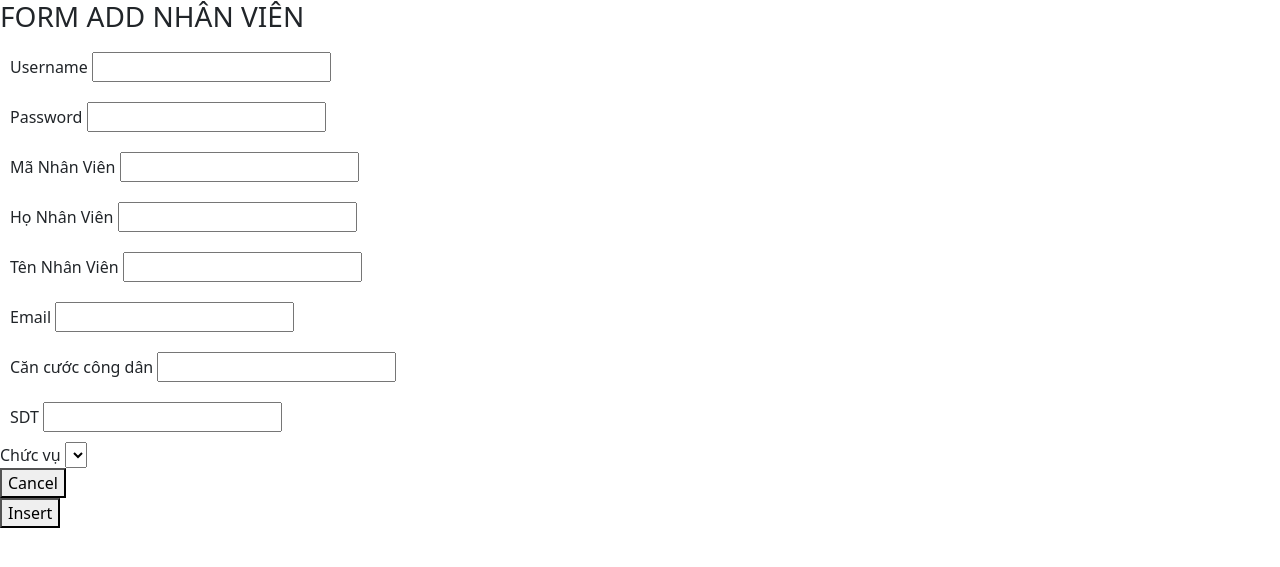
Repository: QuanghuyK1/CNPM
Page: http://localhost/CNPM/WEB-INF/views/admin/formAdd.jsp
An editor plug-in stored every save of this project. The page is shown before and after the next save, followed by the edit.
The browser window is 1280 px wide. The pictures show the whole page.
The page is served by Tomcat 9. Nobody is signed in. The template is opened directly, without the code that normally fills it, so the values that code supplies are empty.

Above is the page before, as saved 2022-04-23 03:10:21.

After the next save:
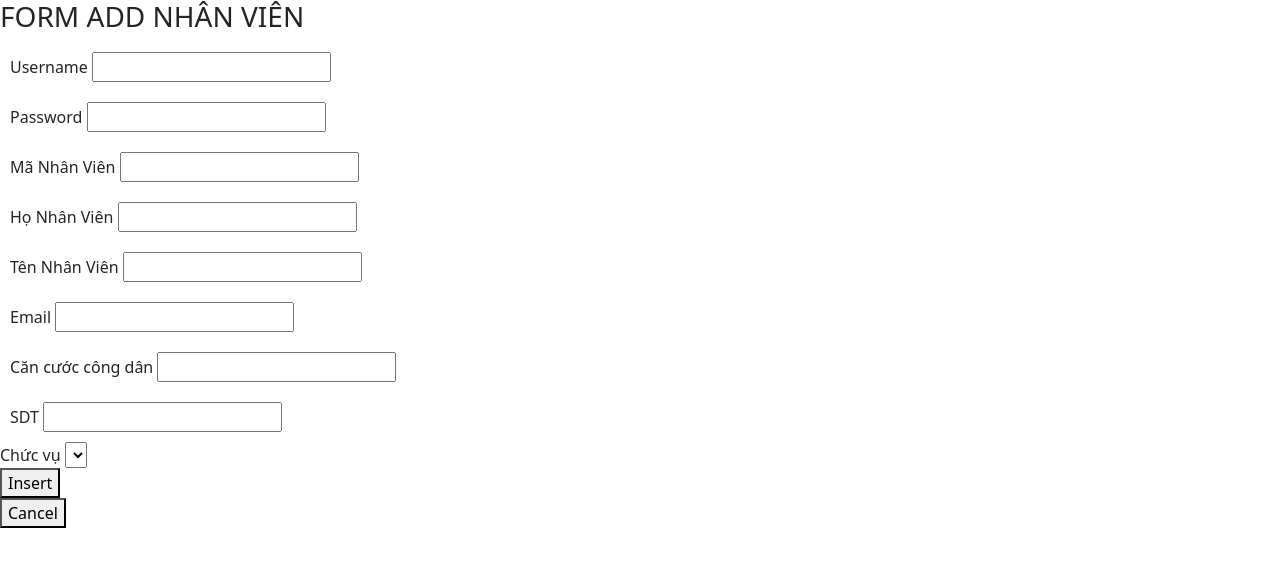
Saved 25 s later.
--- a/CNPM-main/WebXeKhach/CNPM/src/main/webapp/WEB-INF/views/admin/formAdd.jsp
+++ b/CNPM-main/WebXeKhach/CNPM/src/main/webapp/WEB-INF/views/admin/formAdd.jsp
@@ -13,7 +13,7 @@
 <title>Insert title here</title>
 </head>
 <body>
-	<form method = "post">
+	<form action = "success.htm" method = "post">
 		<h3>FORM ADD NHÂN VIÊN</h3>
 		<div style="padding: 10px">
 			Username <input type="text" name="us">
@@ -49,8 +49,8 @@
 				</c:forEach>
 			</select>
 		</div>
+		<button>Insert</button>
 	</form>
 		<form action = "back.htm"><button>Cancel</button></form>
-		<form action = "success.htm"><button>Insert</button></form>
 </body>
 </html>

After the save that followed:
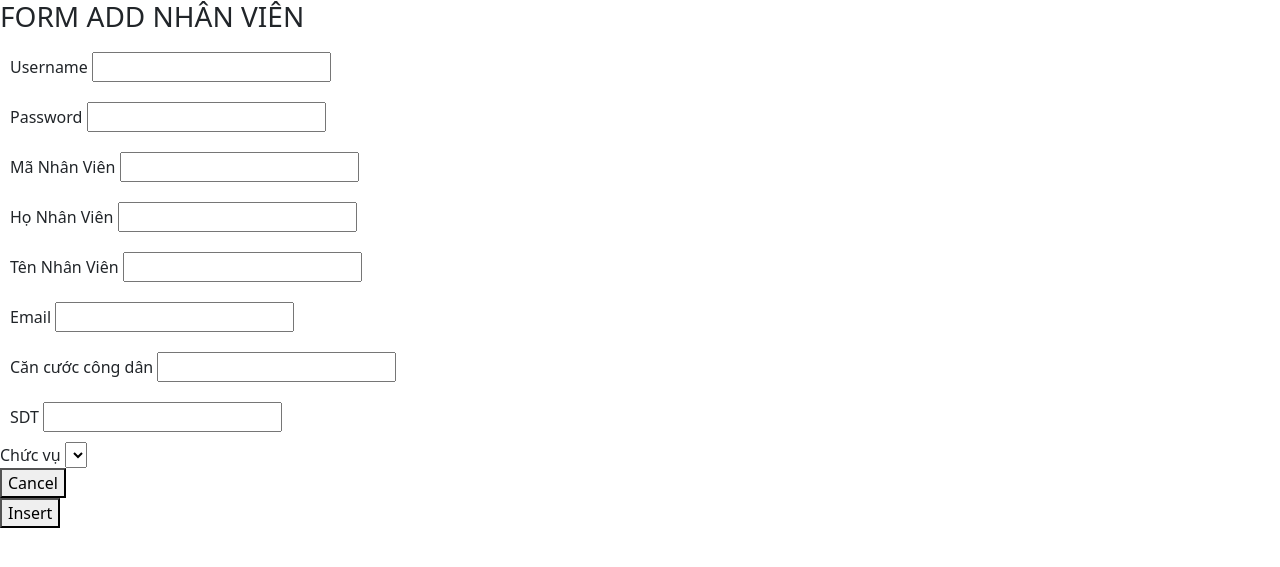
Saved 2 min 24 s later.
--- a/CNPM-main/WebXeKhach/CNPM/src/main/webapp/WEB-INF/views/admin/formAdd.jsp
+++ b/CNPM-main/WebXeKhach/CNPM/src/main/webapp/WEB-INF/views/admin/formAdd.jsp
@@ -49,8 +49,8 @@
 				</c:forEach>
 			</select>
 		</div>
+		<form action = "back.htm"><button>Cancel</button></form>
 		<button>Insert</button>
 	</form>
-		<form action = "back.htm"><button>Cancel</button></form>
 </body>
 </html>
